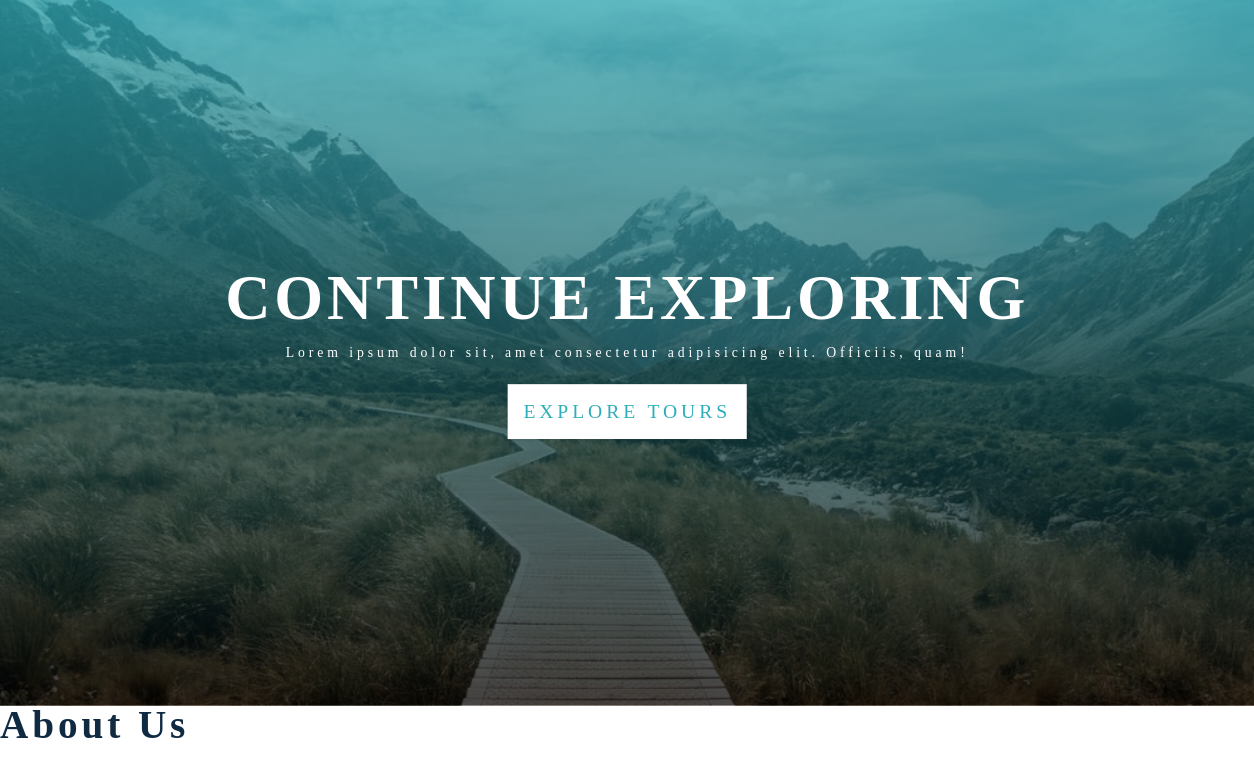
Repository: Ndifoinhilary/flexbox-project
Page: index.html
The author's editor kept a copy of each file at every save. The page is drawn from the files as they stood at one save, then again after the next save.
The browser window is 1280 px wide. The pictures show the whole page, at 98% of full size.

Above is the page before, as saved 2024-01-18 14:43:00.

### index.html
<!DOCTYPE html>
<html lang="en">
  <head>
    <meta charset="UTF-8" />
    <meta name="viewport" content="width=device-width, initial-scale=1.0" />
    <meta http-equiv="X-UA-Compatible" content="ie=edge" />
    <title>Backroads || Tour Company</title>
    <!-- favicon -->
    <link rel="shortcut icon" href="./images/favicon.ico" type="image/x-icon" />
    <!-- font-awesome -->
    <link rel="stylesheet" href="fontawesome-free-5.9.0-web/css/all.min.css" />
    <!-- styles css -->
    <link rel="stylesheet" href="./css/main.css" />
  </head>
  <body>
    <header id="home">
      <!-- nav bar -->
      <!-- end of nav bar -->
  <!-- hero section  -->
  <div class="hero">
    <div class="hero-banner">
      <h1>continue exploring</h1>
      <p>Lorem ipsum dolor sit, amet consectetur adipisicing elit. Officiis, quam!</p>
      <a href="#feature" class="btn hero-btn scroll-link ">explore tours</a>
    </div>
  </div>
   <!-- end of hero section  -->
    </header>
    <!-- end of header -->
   <!-- section -->
    <section class="section" id="about">
      <!-- section title -->
      <div class="section-title">
        <h2>about <span>us</span></h2>
      </div>
    </section>
    <!-- end of section -->
  </body>
</html>

### css/main.css
@import url("https://fonts.googleapis.com/css?family=Lato:300,400|Poppins&display=swap");
/* css variables */
:root {
    --clr-primary-1:hsl(184, 91%, 17%);
    --clr-primary-2:hsl(185, 84%, 25%);
    --clr-primary-3:hsl(185, 81%, 29%);
    --clr-primary-4:hsl(184, 77%, 34%);
    --clr-primary-5:hsl(185, 62%, 45%);
    --clr-primary-6:hsl(185, 57%, 50%);
    --clr-primary-7:hsl(184, 65%, 59%);
    --clr-primary-8:hsl(184, 80%, 74%);
    --clr-primary-9:hsl(185, 94%, 84%);
    --clr-primary-100:hsl(186, 100%, 94%);
    /* dark grey */
    --clr-grey-1:hsl(209, 61%, 16%);
    --clr-grey-2:hsl(211, 39%, 23%);
    --clr-grey-3:hsl(209, 34%, 30%);
    --clr-grey-4:hsl(209, 28%, 39%);
    --clr-grey-5:hsl(210, 22%, 49%);
    --clr-grey-6:hsl(209, 23%, 60%);
    --clr-grey-7:hsl(211, 27%, 70%);
    --clr-grey-8:hsl(210, 31%, 80%);
    --clr-grey-9:hsl(212, 33%, 89%);
    --clr-grey-10:hsl(210, 36%, 96%);
     --clr-White: #fff;
  --ff-primary:"Lato" sans-serif ;
  --offWhite: #f7f7f7;
  --mainBlack: #222;
  --mainGrey: #ececec;
  --darkGrey: #afafaf;
  --transition: all 0.3s linear;
  --spacing: 0.25rem;
  --radius:0.5rem;
  --light-shadow: 0px 5px 15px rgba(0, 0, 0, 0.1);
  --darkShadow: 0px 5px 15px rgba(0, 0, 0, 0.2);
}


/* css global variables */

*{
  margin: 0;
  padding: 0;
  box-sizing: border-box;
}

body{
  font-family: var(--ff-primary);
  background: var(--clr-White);
  color: var(--clr-grey-1);
  line-height: 1.5rem;
  font-size: 0.875rem;
}

ul{
  list-style-type: none;

}

a{
  text-decoration: none;
}


img{
  width:100px;
  display: block;
}

h1,h2,h3,h4{
  letter-spacing: var(--spacing);
  text-transform: capitalize;
  line-height: 1.25rem;
  margin-bottom:0.75rem ;
}

h1{
  font-size: 3rem;
}
h2{
  font-size: 2rem;
}
h3{
  font-size: 2rem;
}
h4{
  font-size: 0.875rem;
}

p{
  margin-bottom: 1.25rem;
  color: var(--clr-grey-5);
}

@media screen and (min-width:800px) {
  h1{
    font-size: 4rem;
  }
  h2{
    font-size: 2.5rem;
  }
  h3{
    font-size:1.75rem;
  }
  h4{
    font-size: 1rem;
  }
  bod{
    font-size: 1rem;
  }
  h1,h2,h3,h4{
    line-height: 1;
  }
}



.btn{
  text-transform: uppercase;
  background: var(--clr-primary-5);
  letter-spacing: var(--spacing);
  color: var(--clr-White);
  border: 2px solid var(--clr-White);
  padding: 0.375rem 0.75rem;
  display: inline-block;
  transition: var(--transition);
  cursor: pointer;
  -webkit-transition: var(--transition);
  -moz-transition: var(--transition);
  -ms-transition: var(--transition);
  -o-transition: var(--transition);
  font-size: 0.875rem;
  border: 2px solid transparent;
  box-shadow: 0px 1px 3px rgba(0, 0, 0, 0.2);
}


.btn:hover{
  color: var(--clr-primary-1);
  background: var(--clr-primary-8);
}



/* hero */

.hero{
  min-height: 100vh;
  background: var(--clr-primary-5);
  display: flex;
  justify-content: center;
  align-items: center;
}
.hero-banner{
  text-align: center;
  color: var(--clr-White);
  padding: 0 3rem;
}
.hero-banner h1{
  text-transform: uppercase;
}

.hero-banner p{
  max-width: 35rem;
  margin-left: auto;
  margin-right: auto;
  color: var(--clr-White);
  letter-spacing: var(--spacing);
}

.hero-btn{
  padding: 0.9rem;
  font-size: 1.25rem;
  background: var(--clr-White);
  color: var(--clr-primary-5);
}
.hero-btn:hover{
  background: transparent;
  color: var(--clr-White);
  border-color: var(--clr-White);
}
@media screen and (min-width:768px) {
  .hero{
    background:linear-gradient(rgb(44,174,186,0.7), rgb(0,0,0,0.7)) ,url('../images/main.jpeg') center/cover no-repeat;
  }
.hero-banner{
  padding: 0;
}
  .hero-banner p{
    max-width: 45rem;
  }

}
/* end of hero */

Loaded but not shown: fontawesome-free-5.9.0-web/css/all.min.css (library)

After the next save:
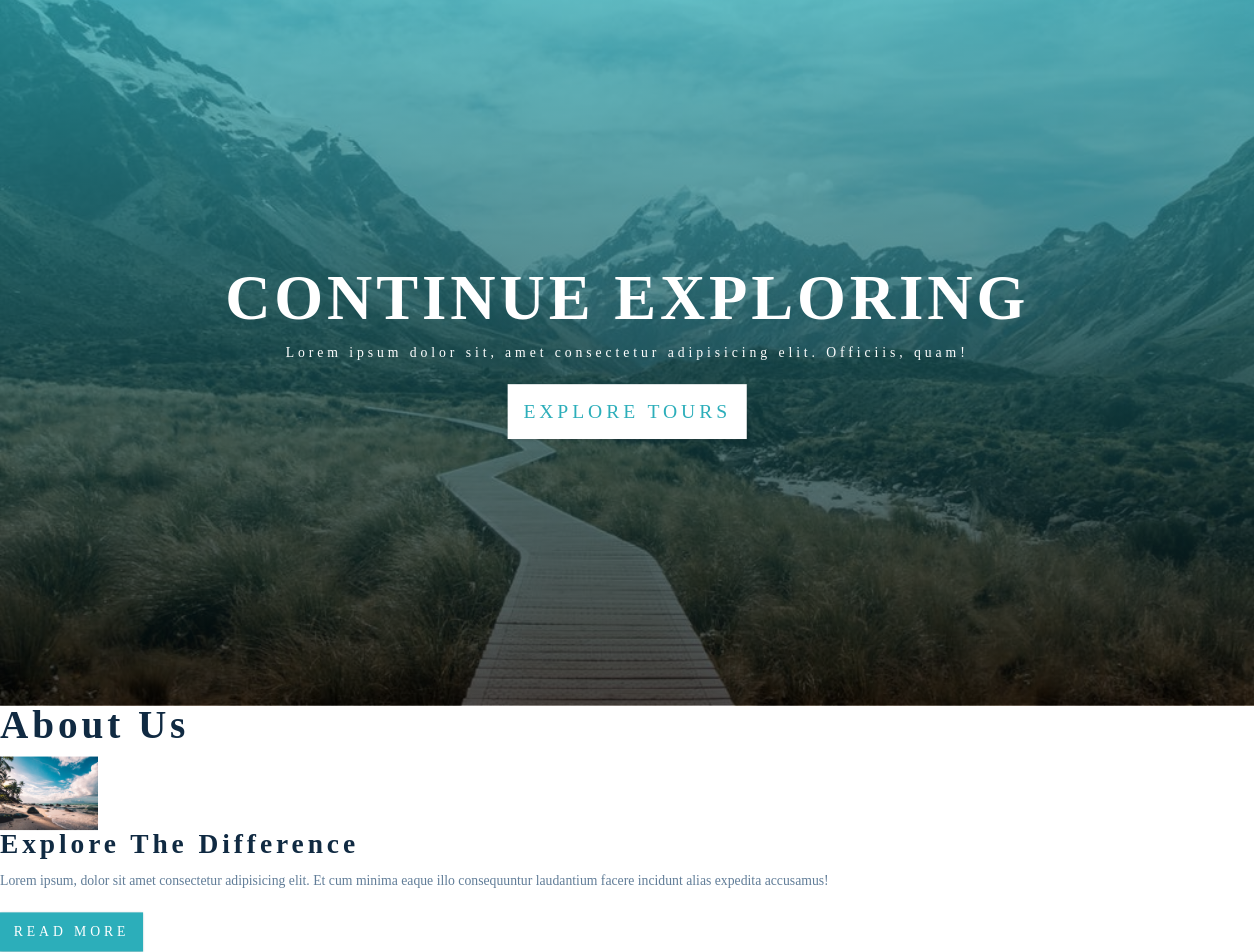
Saved 13 min 36 s later.
--- a/index.html
+++ b/index.html
@@ -33,6 +33,19 @@
       <div class="section-title">
         <h2>about <span>us</span></h2>
       </div>
+            <!-- section title -->
+        <div class="section-center about-center">
+          <!-- about image wrapper -->
+          <article class="about-img">
+            <img src="./images/about.jpeg"  class="about-photo" alt="awesome">
+          </article>
+          <!-- about infor -->
+          <artilce class="about-info">
+            <h3>explore the difference</h3>
+            <p>Lorem ipsum, dolor sit amet consectetur adipisicing elit. Et cum minima eaque illo consequuntur laudantium facere incidunt alias expedita accusamus!</p>
+            <a href="#" class="btn">read more</a>
+          </artilce>
+        </div>
     </section>
     <!-- end of section -->
   </body>
